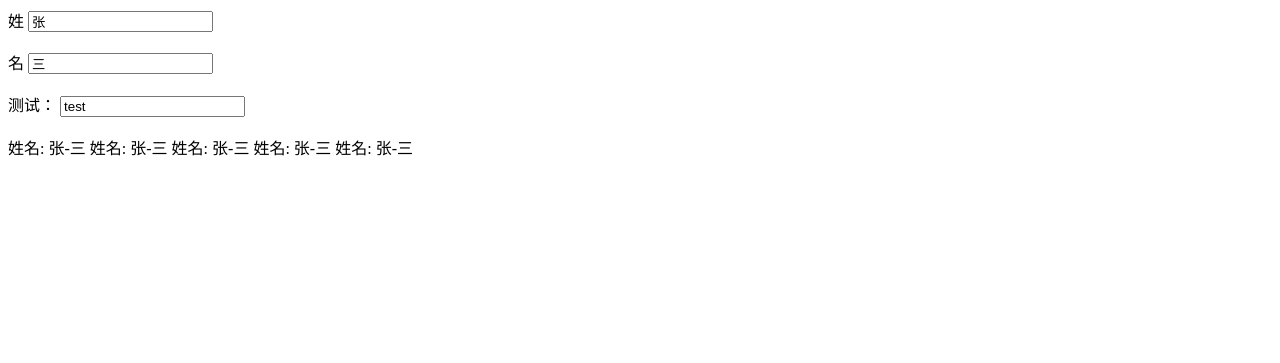
Repository: reggiepy/vueLeaning
Page: 08 计算属性/03 姓名案例-计算属性实现 copy 2.html
The author's editor kept a copy of each file at every save. The page is drawn from the files as they stood at one save, then again after the next save.
The browser window is 1280 px wide. The pictures show the whole page.

Above is the page before, as saved 2021-12-19 15:15:16.

### 08 计算属性/03 姓名案例-计算属性实现 copy 2.html
<!DOCTYPE html>
<html lang="en">
  <head>
    <meta charset="UTF-8" />
    <meta http-equiv="X-UA-Compatible" content="IE=edge" />
    <meta name="viewport" content="width=device-width, initial-scale=1.0" />
    <script src="../js/vue.js"></script>
    <title>姓名案例-插值语法实现</title>
  </head>
  <body>
    <div id="root">
      姓 <input type="text" v-model="fastName" /><br /><br />
      名 <input type="text" v-model="lastName" /><br /><br />
      测试： <input type="text" v-model="x" /><br /><br />
      姓名: <span>{{fullName}}</span> 姓名: <span>{{fullName}}</span> 姓名:
      <span>{{fullName}}</span> 姓名: <span>{{fullName}}</span> 姓名:
      <span>{{fullName}}</span>
    </div>
    <script>
      Vue.config.productionTip = false;
      const vm = new Vue({
        el: "#root",
        data: {
          fastName: "张",
          lastName: "三",
          x: "test",
        },
        computed: {
          fullName: {
            // get 有什么作用？只要有人读取fallName 就会调用 get 方法，返回值就作为fallName的值
            // get 什么时候调用？1. 初次调用 fallName时， 2. 所依赖的数据发生变化时
            get() {
              console.log("get 被调用了！");
              return this.fastName.slice(0, 4) + "-" + this.lastName;
            },
            set(value) {
              console.log("set 被调用了！", value);
              this,fastName, this.lastName = value.split("-")
            },
          },
        },
      });
      console.log(vm);
    </script>
  </body>
</html>

Loaded but not shown: js/vue.js (library)

After the next save:
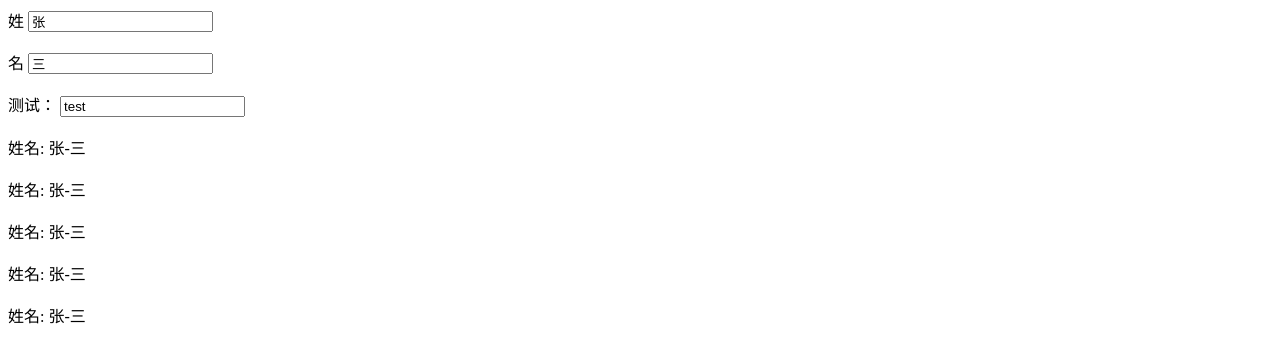
Saved 118 s later.
--- a/08 计算属性/03 姓名案例-计算属性实现 copy 2.html
+++ b/08 计算属性/03 姓名案例-计算属性实现 copy 2.html
@@ -12,9 +12,11 @@
       姓 <input type="text" v-model="fastName" /><br /><br />
       名 <input type="text" v-model="lastName" /><br /><br />
       测试： <input type="text" v-model="x" /><br /><br />
-      姓名: <span>{{fullName}}</span> 姓名: <span>{{fullName}}</span> 姓名:
-      <span>{{fullName}}</span> 姓名: <span>{{fullName}}</span> 姓名:
-      <span>{{fullName}}</span>
+      姓名: <span>{{fullName}}</span><br /><br />
+      姓名: <span>{{fullName}}</span><br /><br />
+      姓名: <span>{{fullName}}</span><br /><br />
+      姓名: <span>{{fullName}}</span><br /><br />
+      姓名: <span>{{fullName}}</span><br /><br />
     </div>
     <script>
       Vue.config.productionTip = false;
@@ -35,7 +37,7 @@
             },
             set(value) {
               console.log("set 被调用了！", value);
-              this,fastName, this.lastName = value.split("-")
+              this, fastName, (this.lastName = value.split("-"));
             },
           },
         },
